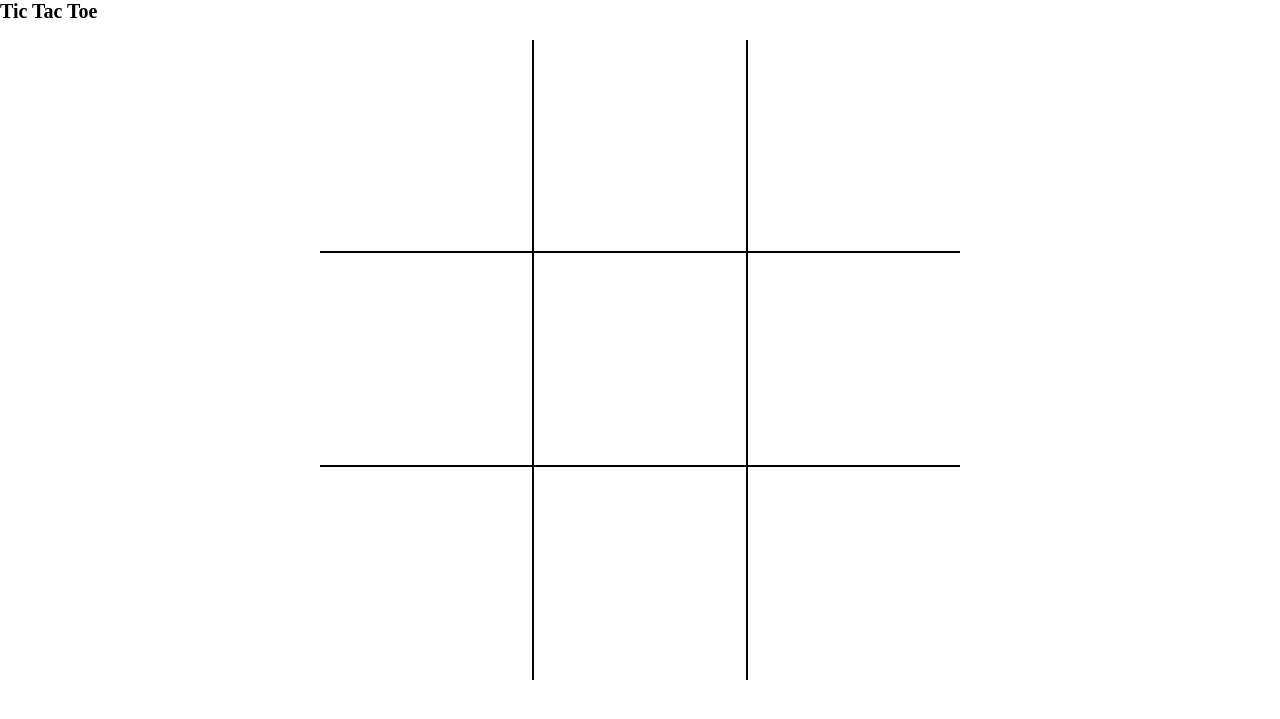
Repository: baumanmilosz/tictactoe
Page: index.html
These files come from the project's save history. The page is drawn as it stood at one moment and after the next save; the edit follows.
The browser window is 1280 px wide. The pictures show the whole page.

Above is the page before, as saved 2019-02-21 16:48:40.

After the next save:
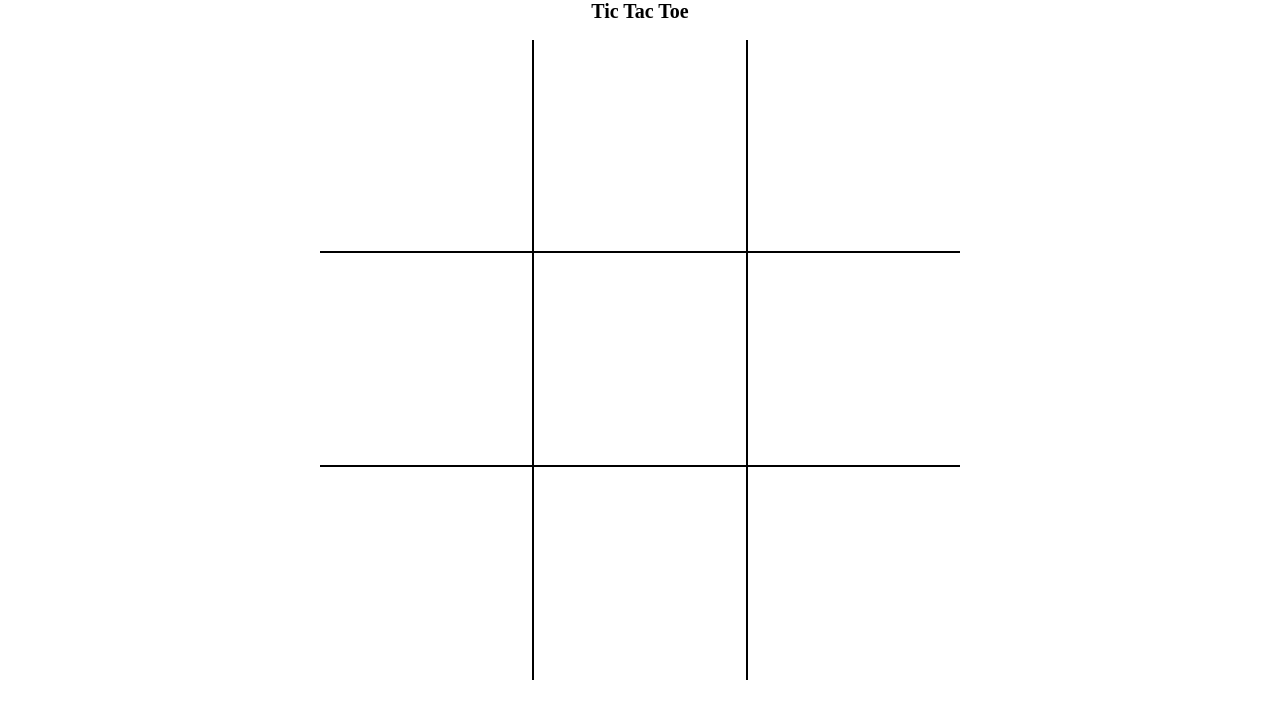
Saved 24 s later.
--- a/style.css
+++ b/style.css
@@ -11,6 +11,10 @@ html {
 body {
   position: relative;
   height: 100vh;
+}
+
+.game-header {
+  text-align: center
 }
 
 .board {
